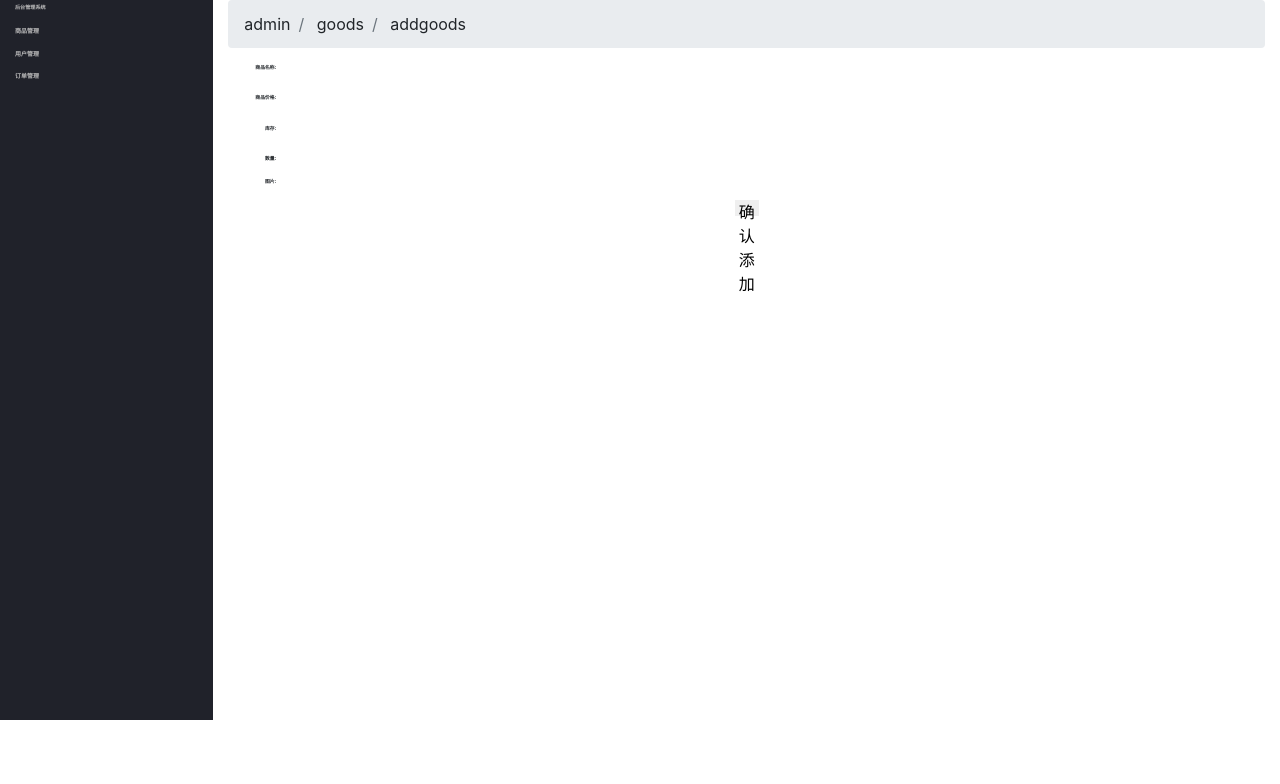
Repository: Rayfang0719/Vue-admin
Page: /admin/goods/addgoods
An editor plug-in stored every save of this project. The page is shown before and after the next save, followed by the edit.
The browser window is 1280 px wide. The pictures show the whole page.
The project was rebuilt for these pictures with package versions that can differ from the ones it lists, and the page was loaded fresh each time. Also part of the build but not shown: vue.config.js, src/pages/login.vue.

Above is the page before, as saved 2019-05-12 18:31:27.

After the next save:
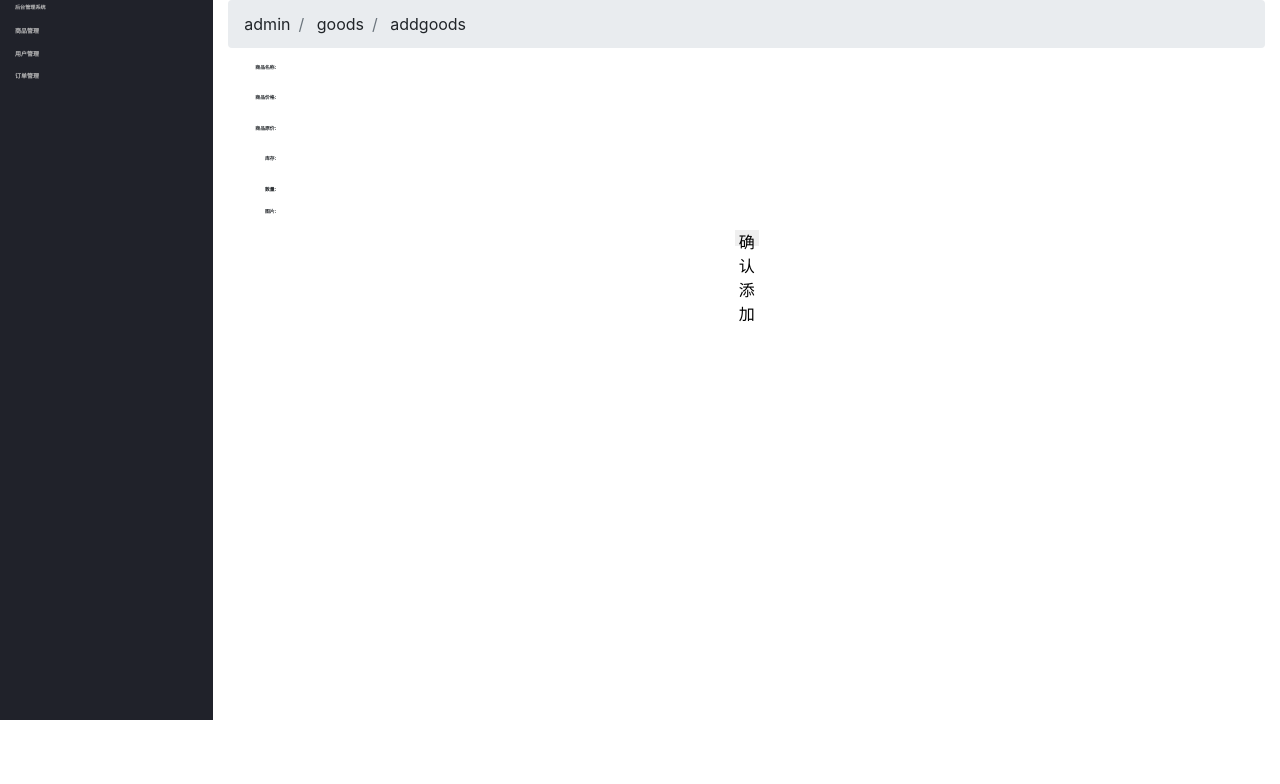
Saved 70 s later.
--- a/src/pages/admin/goods/addgoods.vue
+++ b/src/pages/admin/goods/addgoods.vue
@@ -5,6 +5,9 @@
         </div>
         <div class="row">
         <span>商品价格:</span><input type="text" v-model="goods.price"><br/>
+          </div>
+          <div class="row">
+        <span>商品原价:</span><input type="text" v-model="goods.del_price"><br/>
           </div>
          <div class="row">
         <span>库存:</span><input type="text" v-model="goods.xiaoliang"><br/>
